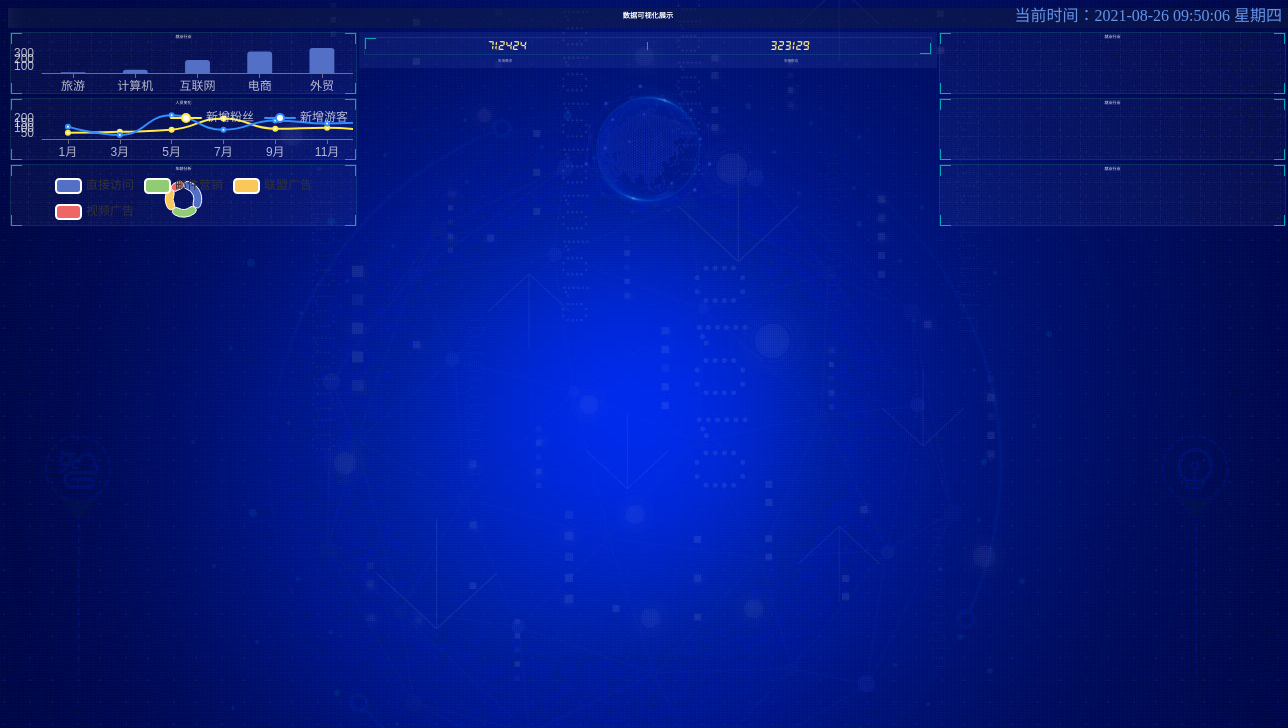
Repository: jiang-1990/DataVM
Page: /
These files come from the project's save history. The page is drawn as it stood at one moment and after the next save; the edit follows.
The browser window is 1280 px wide. The page is 1288 px wide, so the pictures cover 1288 px, including what lies to the right of the window. The pictures show the whole page.
The project was rebuilt for these pictures with package versions that can differ from the ones it lists, and the page was loaded fresh each time.

Above is the page before, as saved 2021-08-27 15:13:17.

After the next save:
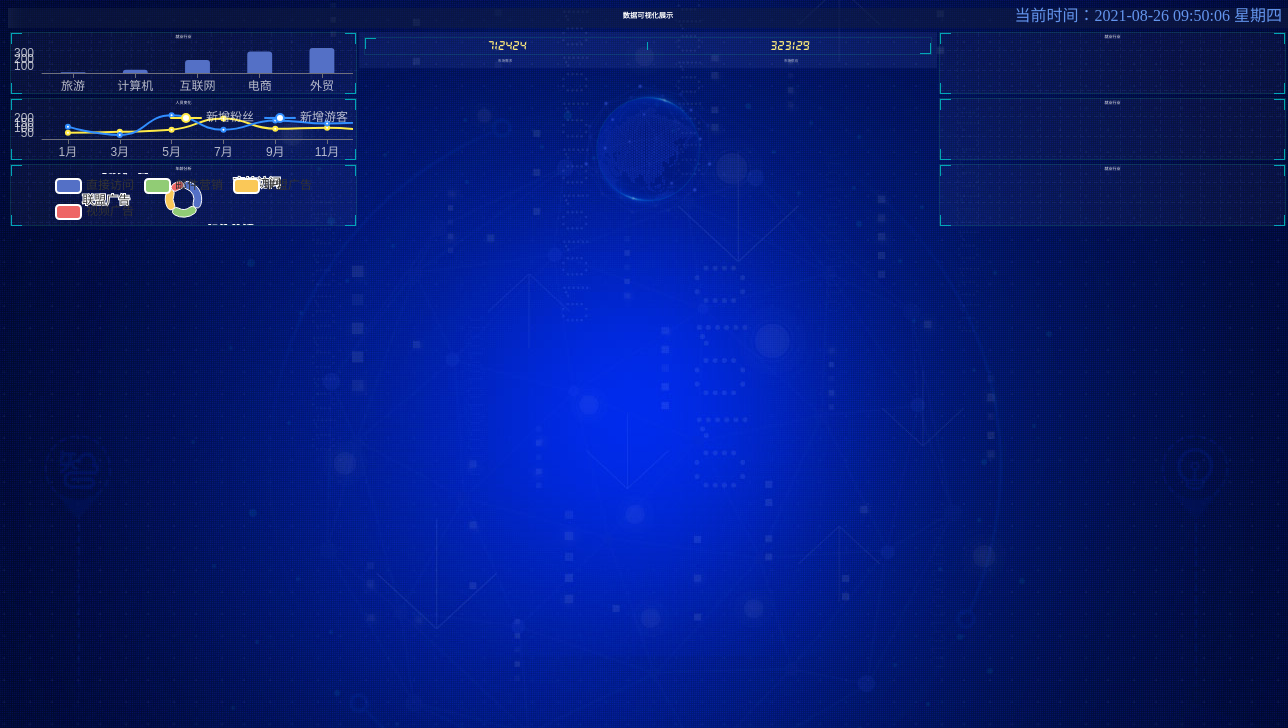
Saved 29 s later.
--- a/src/components/bigScreen.vue
+++ b/src/components/bigScreen.vue
@@ -135,10 +135,6 @@
               borderColor: "#fff",
               borderWidth: 1,
             },
-            label: {
-              show: false,
-              position: "center",
-            },
             emphasis: {
               label: {
                 show: true,

After the save that followed:
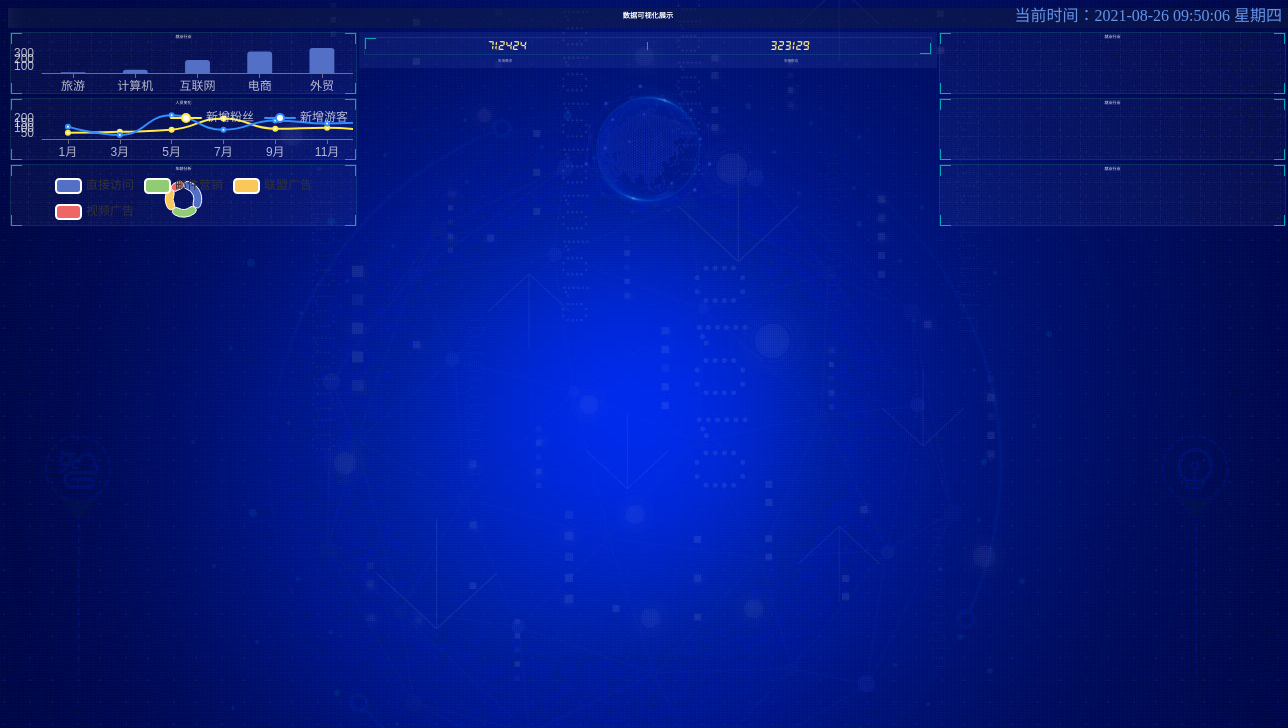
Saved 19 s later.
--- a/src/components/bigScreen.vue
+++ b/src/components/bigScreen.vue
@@ -135,6 +135,10 @@
               borderColor: "#fff",
               borderWidth: 1,
             },
+            label: {
+              show: false,
+              position: "center",
+            },
             emphasis: {
               label: {
                 show: true,
